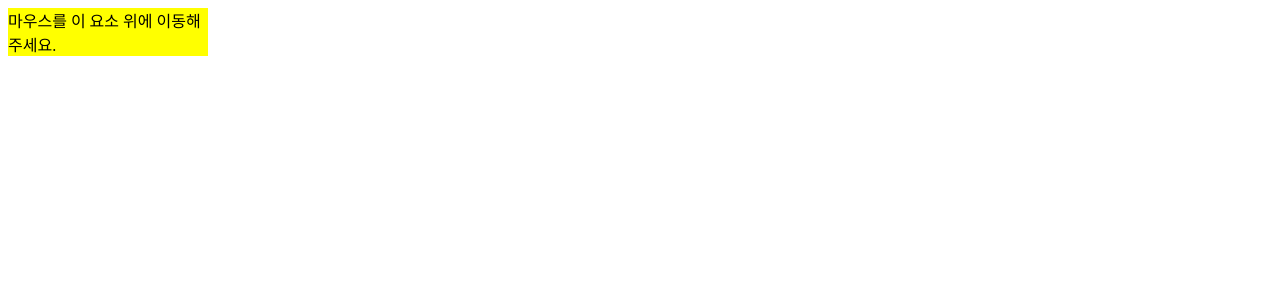
Repository: yujisu01/2021_504_java
Page: javascript_jquery/WebContent/ex06.html
The author's editor kept a copy of each file at every save. The page is drawn from the files as they stood at one save, then again after the next save.
The browser window is 1280 px wide. The pictures show the whole page.

Above is the page before, as saved 2021-04-14 02:23:16.

After the next save:
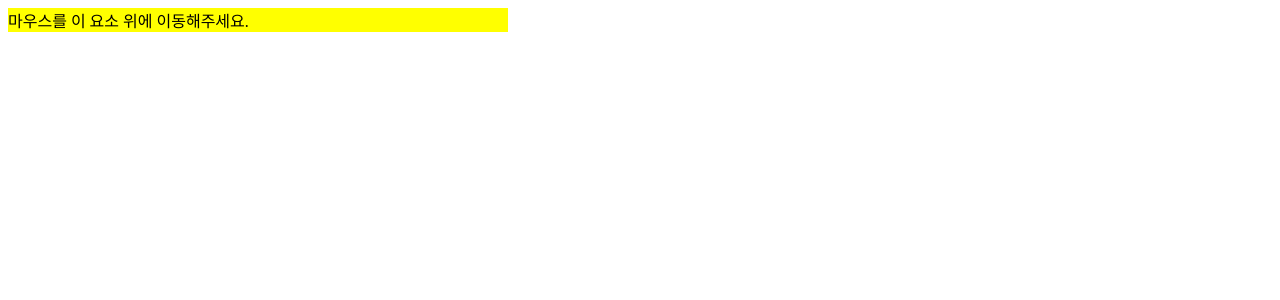
Saved 19 s later.
--- a/javascript_jquery/WebContent/ex06.html
+++ b/javascript_jquery/WebContent/ex06.html
@@ -13,7 +13,7 @@
 </script>
 </head>
 <body>
-	<div style="background-color: yellow; width: 200px;"
+	<div style="background-color: yellow; width: 500px;"
 	onmouseover="onMouseIn(this)" onmouseout="onMouseOut(this)">
 		마우스를 이 요소 위에 이동해주세요.
 	</div>
